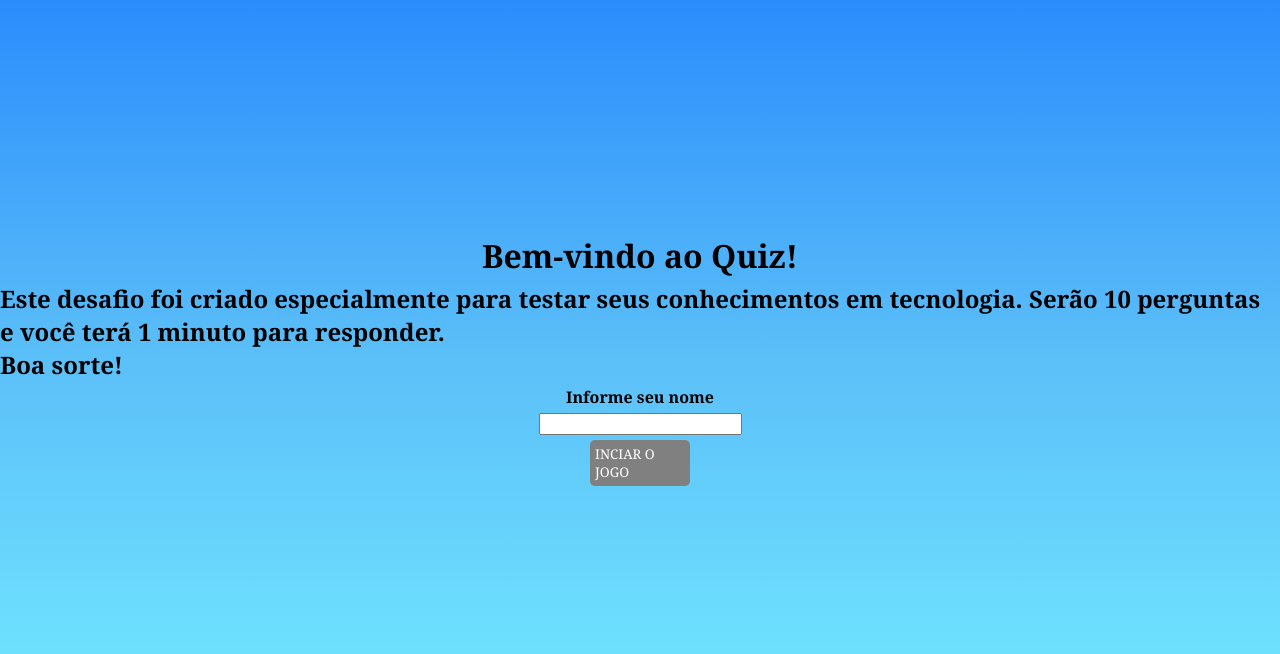
Repository: LaisSilvaO/Projeto-Quizz
Page: telas/apresentação.html
An editor plug-in stored every save of this project. The page is shown before and after the next save, followed by the edit.
The browser window is 1280 px wide. The pictures show the whole page.

Above is the page before, as saved 2024-12-24 15:01:12.

### telas/apresentação.html
<!DOCTYPE html>
<html lang="pt-br">
<head>
    <meta charset="UTF-8">
    <meta name="viewport" content="width=device-width, initial-scale=1.0">
    <title>Quiz</title>
    <link rel="stylesheet" href="../img/tela.css">
</head>
<body>
    <H1> Bem-vindo ao Quiz!</H1>

<h2>Este desafio foi criado especialmente para testar seus conhecimentos em tecnologia.
    Serão 10 perguntas e você terá 1 minuto para responder.
    <P> Boa sorte!</P></h2>
<h4>Informe seu nome  </h4>
<input type="text" id="nome" >
<A href="index.html"><h4><button>INCIAR O JOGO</button></h4></A>


</body>
</html>

### img/tela.css
* {
  margin: 0;
  padding: 0;
  box-sizing: border-box;
  font-family: Cambria, Cochin, Georgia, Times, 'Times New Roman', serif;
}

body {
  height: 100vh;
  display: flex;
  justify-content: center;
  flex-direction: column;
  flex-wrap: wrap;
  align-items: center;
  gap: 5px;
  background: linear-gradient(180deg, rgba(19, 128, 252, 0.9) 0%, rgba(80, 187, 248, 0.932), rgba(103, 230, 255, 0.932) 100%);
}

main {
  background-color: white;
  padding: 10px;
  border-radius: 10px;
  width: 100%;
  max-width: 600px;
  min-height: 400px;
  display:flex;
  align-items: center;
  justify-content: center;
}

.content {
  display: flex;
  flex-direction: column;
  width: 100px;
  gap: 10px;
}

.qtddquestao {
  text-align: end;
}

.resposta {
  display: flex;
  flex-direction: column;
  gap: 5px;
}

button {
  width: 100px;
  text-align: start;
  padding: 5px;
  border: none;
  border-radius: 5px;
  cursor: pointer;
  background-color: grey;
  color: white;
}

.final {
  display: none;
  flex-direction: column;
  gap: 10px;
}

After the next save:
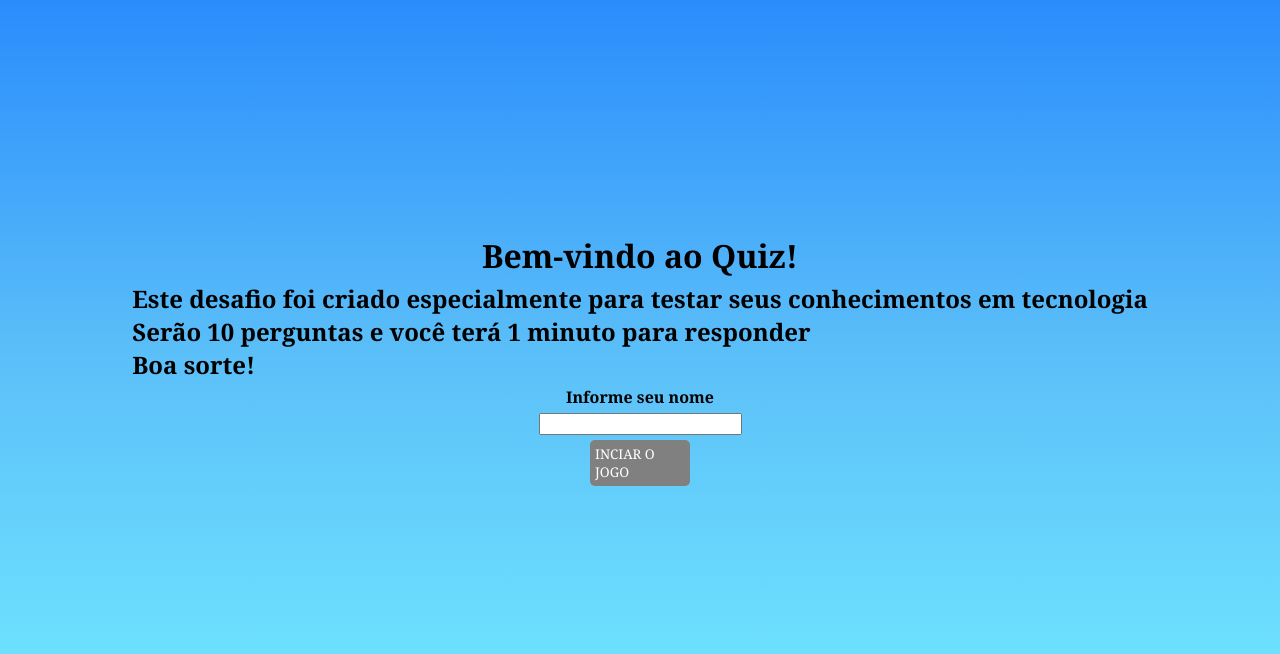
Saved 78 s later.
--- a/telas/apresentação.html
+++ b/telas/apresentação.html
@@ -9,8 +9,8 @@
 <body>
     <H1> Bem-vindo ao Quiz!</H1>
 
-<h2>Este desafio foi criado especialmente para testar seus conhecimentos em tecnologia.
-    Serão 10 perguntas e você terá 1 minuto para responder.
+<h2>Este desafio foi criado especialmente para testar seus conhecimentos em tecnologia
+    <p>Serão 10 perguntas e você terá 1 minuto para responder</p>
     <P> Boa sorte!</P></h2>
 <h4>Informe seu nome  </h4>
 <input type="text" id="nome" >
